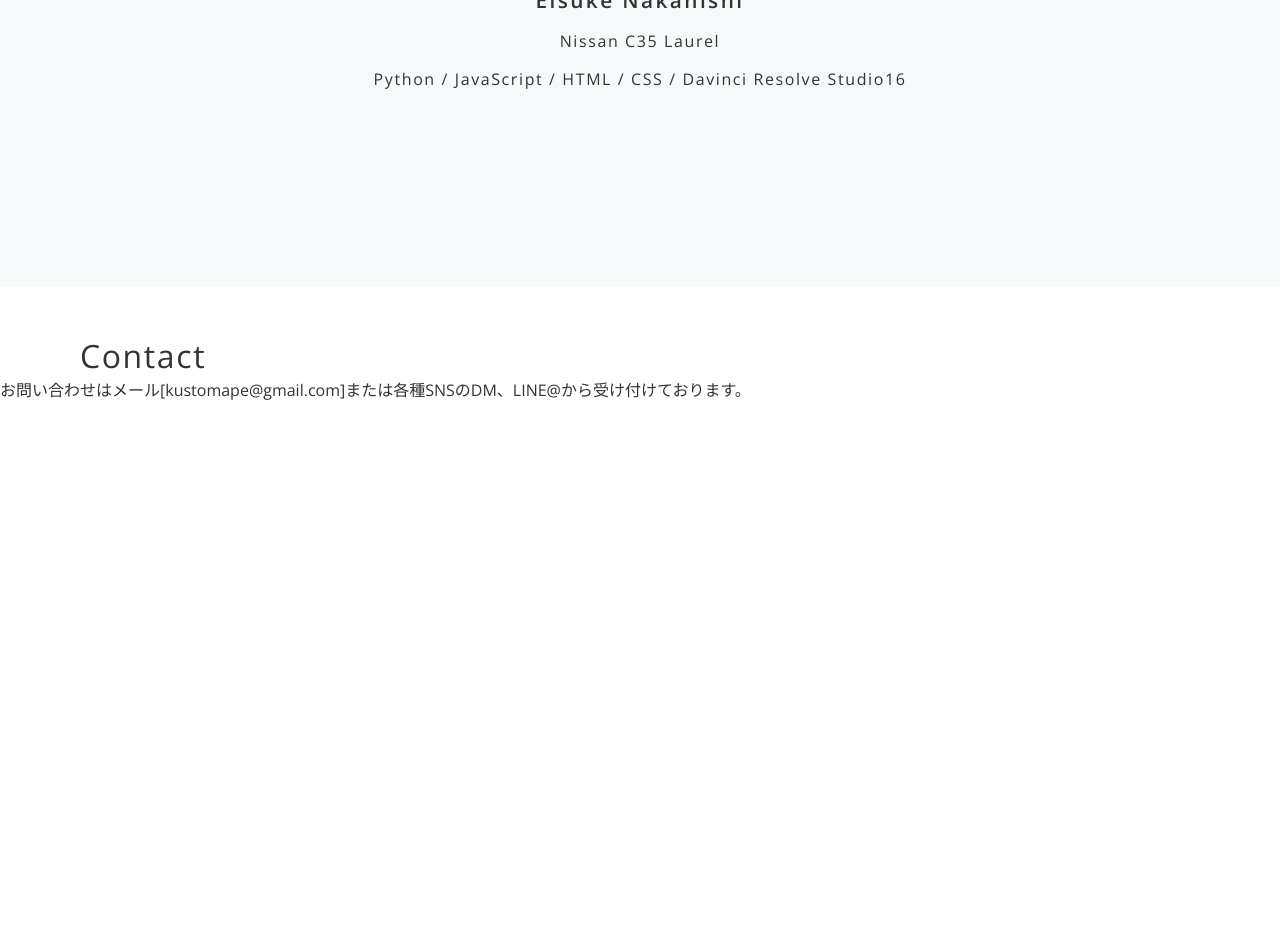
Repository: AirDepot/web
Page: index.html
These files come from the project's save history. The page is drawn as it stood at one moment and after a run of saves; the edit follows.
The browser window is 1280 px wide. The pictures show the part of the page from y = 4394 to 5346 px (the page is 5692 px tall).
A picture or video elsewhere on the page could not be fetched, so the positions and the page height are approximate.

Above is the page before, as saved 2020-02-12 00:50:57.

After the next 2 saves:
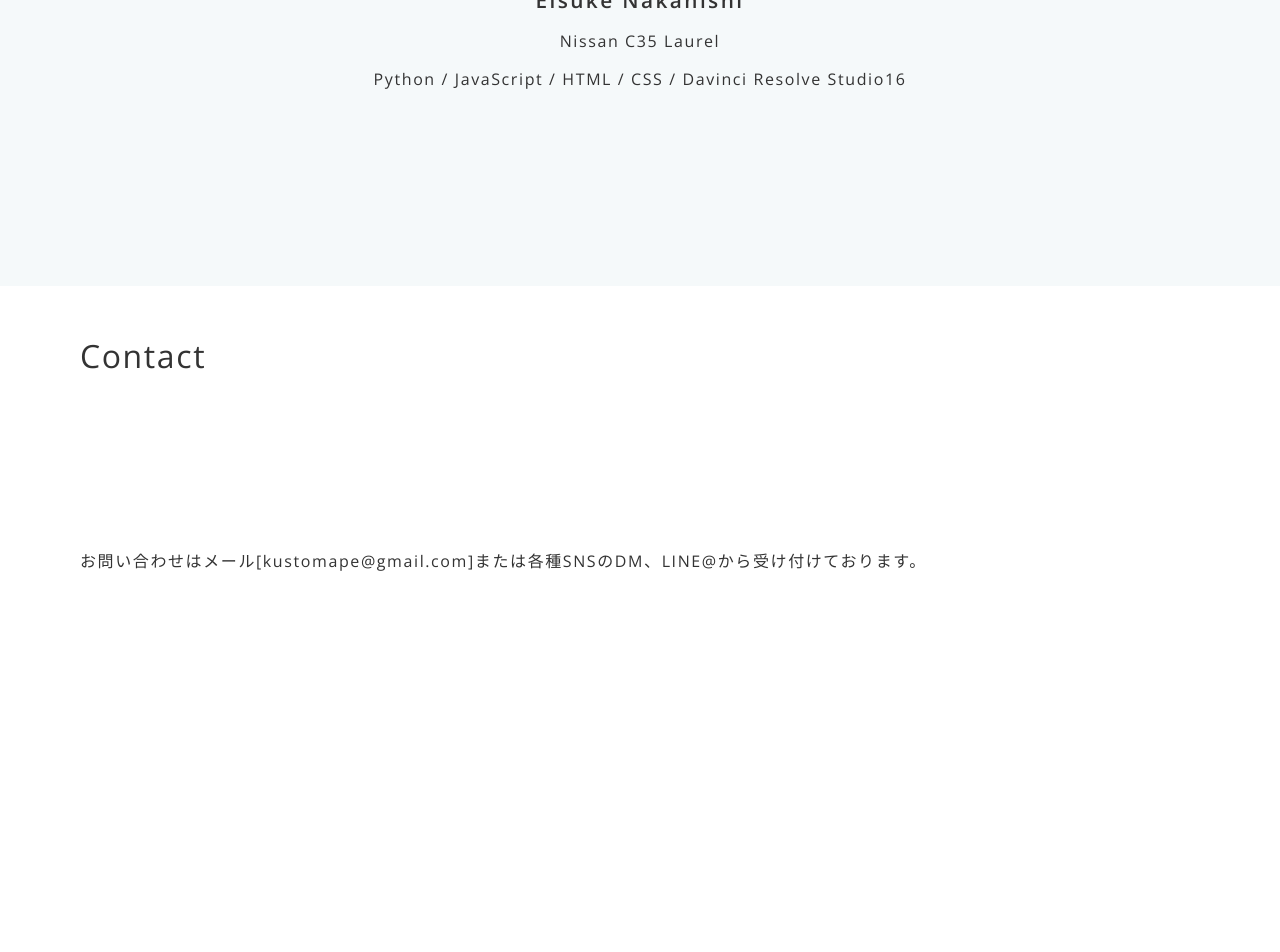
The 2 saves are shown as one change because they came seconds apart.
The last was saved 12 s later.
--- a/assets/css/common.css
+++ b/assets/css/common.css
@@ -191,7 +191,7 @@ div#contact {
     height: 900px;
 }
 
-div#about p#about_kustomape {
+div#contact p#kustomape_contact {
     padding-top: 9rem;
     margin-left: 5rem;
     font-size: 1rem;
